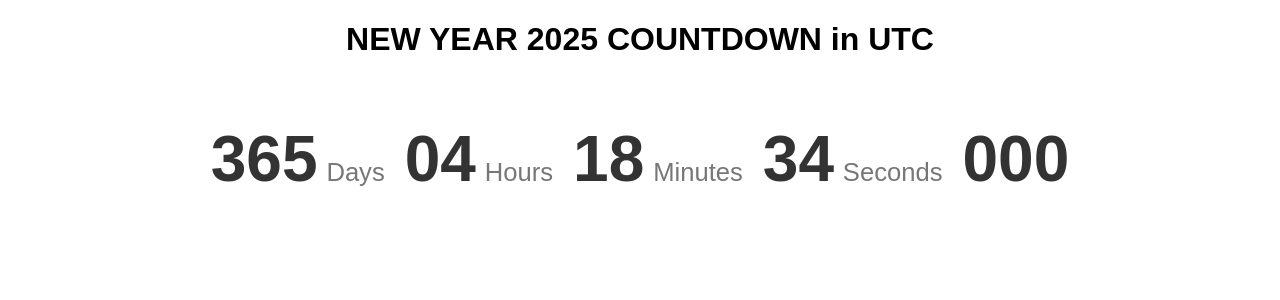
Repository: end888160/end888160.github.io
Page: countdown_old.html
The author's editor kept a copy of each file at every save. The page is drawn from the files as they stood at one save, then again after the next save.
The browser window is 1280 px wide. The pictures show the whole page.

Above is the page before, as saved 2024-09-21 20:59:04.

After the next save:
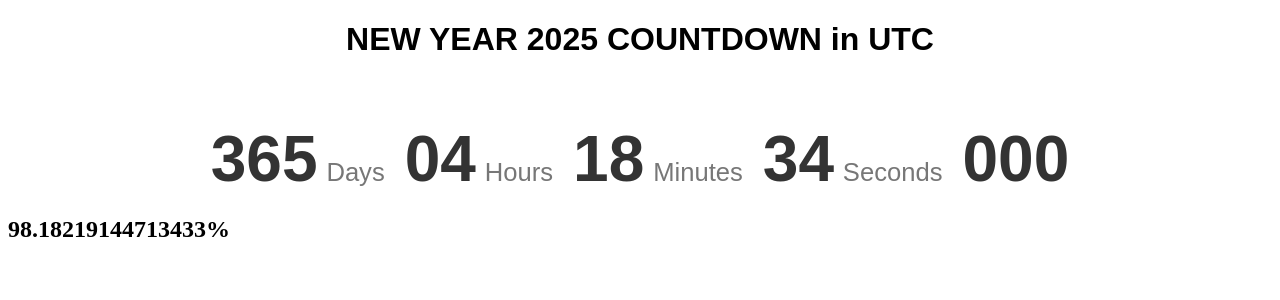
Saved 3 min 6 s later.
--- a/countdown_old.html
+++ b/countdown_old.html
@@ -74,6 +74,7 @@
             <span class="countdown-label"></span>
         </div>
     </div>
+    <h2 id="test"></h2>
     <script>
 
 // Update the count down every 1 second]
@@ -109,14 +110,13 @@ var x = setInterval(function() {
     document.getElementById("seconds").innerHTML = second;
     document.getElementById("mseconds").innerHTML = msecond;
     document.getElementById("header").innerHTML = "NEW YEAR " + countDownTarget + " COUNTDOWN in " + currentTimeZone;;
-
+    document.getElementById("test").innerHTML = now / ( countDownDate ) * 100 + "%";
     // If the count down is finished, write some text
     if (distance < 0) {
         clearInterval(x);
         document.getElementById("countdown").innerHTML = "HAPPY NEW YEAR!";
     }
 }, 0);
-
     </script>
 </body>
 </html>

After the save that followed:
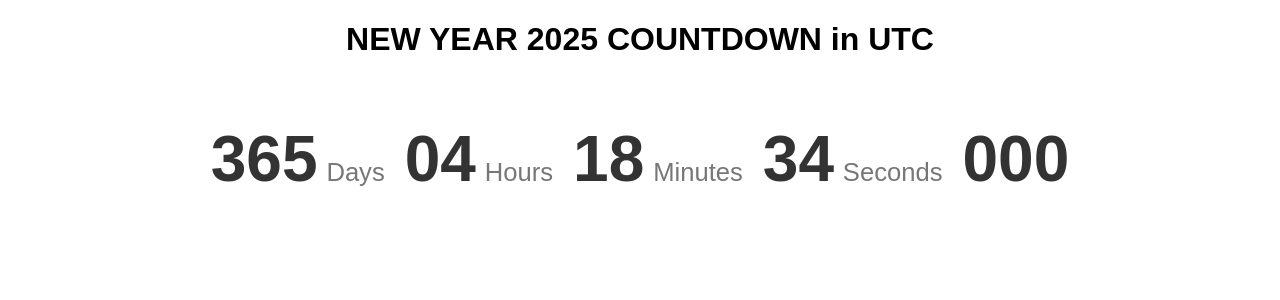
Saved 56 s later.
--- a/countdown_old.html
+++ b/countdown_old.html
@@ -74,7 +74,6 @@
             <span class="countdown-label"></span>
         </div>
     </div>
-    <h2 id="test"></h2>
     <script>
 
 // Update the count down every 1 second]
@@ -110,13 +109,14 @@ var x = setInterval(function() {
     document.getElementById("seconds").innerHTML = second;
     document.getElementById("mseconds").innerHTML = msecond;
     document.getElementById("header").innerHTML = "NEW YEAR " + countDownTarget + " COUNTDOWN in " + currentTimeZone;;
-    document.getElementById("test").innerHTML = now / ( countDownDate ) * 100 + "%";
+
     // If the count down is finished, write some text
     if (distance < 0) {
         clearInterval(x);
         document.getElementById("countdown").innerHTML = "HAPPY NEW YEAR!";
     }
 }, 0);
+
     </script>
 </body>
 </html>
